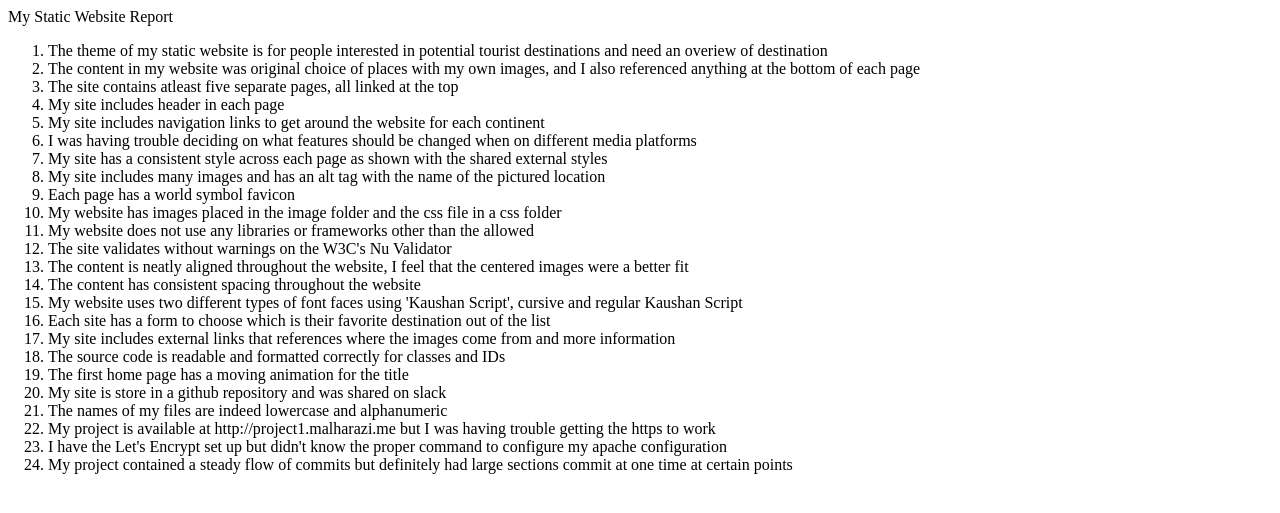
Repository: alharama/StaticWebsite
Page: report.html
An editor plug-in stored every save of this project. The page is shown before and after the next save, followed by the edit.
The browser window is 1280 px wide. The pictures show the whole page.

Above is the page before, as saved 2021-09-30 01:57:12.

### report.html
<!DOCTYPE html>
<html lang="en">

<head>


    <title> Website Report </title>
</head>

<body>

    <header> My Static Website Report</header>


    <ol>
        <li> The theme of my static website is for people interested in potential tourist destinations and need an overiew of destination</li>
        <li> The content in my website was original choice of places with my own images, and I also referenced anything at the bottom of each page</li>
        <li> The site contains atleast five separate pages, all linked at the top</li>
        <li> My site includes header in each page</li>
        <li> My site includes navigation links to get around the website for each continent</li>
        <li> I was having trouble deciding on what features should be changed when on different media platforms</li>
        <li> My site has a consistent style across each page as shown with the shared external styles</li>
        <li> My site includes many images and has an alt tag with the name of the pictured location</li>
        <li> Each page has a world symbol favicon</li>
        <li> My website has images placed in the image folder and the css file in a css folder</li>
        <li> My website does not use any libraries or frameworks other than the allowed</li>
        <li> The site validates without warnings on the W3C's Nu Validator</li>
        <li> The content is neatly aligned throughout the website, I feel that the centered images were a better fit</li>
        <li> The content has consistent spacing throughout the website</li>
        <li> My website uses two different types of font faces using 'Kaushan Script', cursive and regular Kaushan Script</li>
        <li> Each site has a form to choose which is their favorite destination out of the list</li>
        <li> My site includes external links that references where the images come from and more information</li>
        <li> The source code is readable and formatted correctly for classes and IDs</li>
        <li> The first home page has a moving animation for the title</li>
        <li> My site is store in a github repository and was shared on slack</li>
        <li> The names of my files are indeed lowercase and alphanumeric </li>
        <li> My project is available at http://project1.malharazi.me but I was having trouble getting the https to work </li>
        <li> I have the Let's Encrypt set up but didn't know the proper command to configure my apache configuration</li>
        <li> My project contained a steady flow of commits but definitely had large sections commit at one time at certain points</li>
    </ol>



</body>



</html>

After the next save:
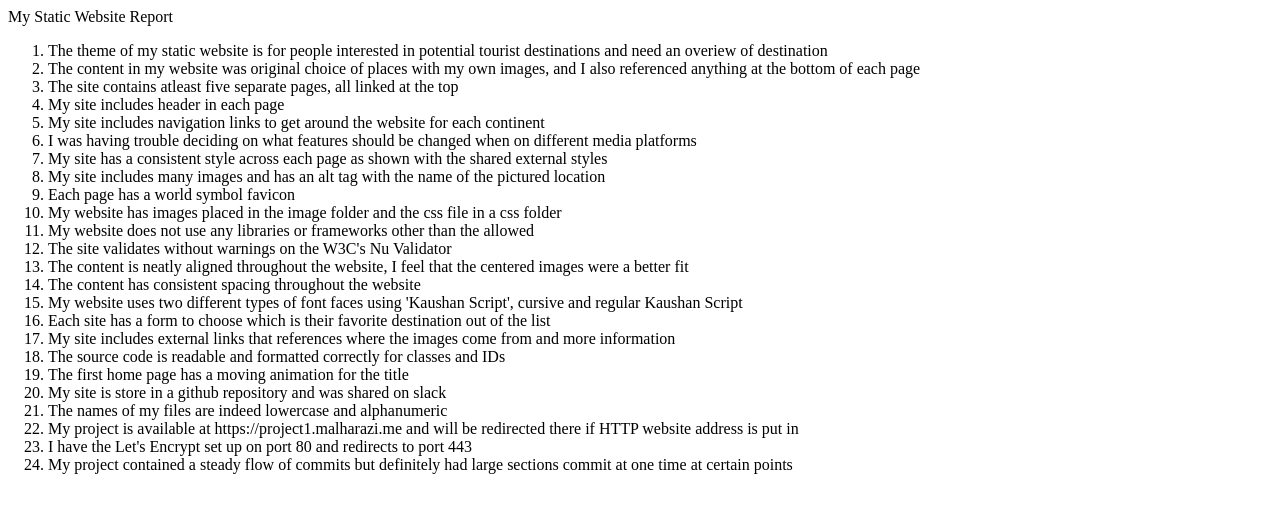
Saved 19 h 40 min later.
--- a/report.html
+++ b/report.html
@@ -34,8 +34,8 @@
         <li> The first home page has a moving animation for the title</li>
         <li> My site is store in a github repository and was shared on slack</li>
         <li> The names of my files are indeed lowercase and alphanumeric </li>
-        <li> My project is available at http://project1.malharazi.me but I was having trouble getting the https to work </li>
-        <li> I have the Let's Encrypt set up but didn't know the proper command to configure my apache configuration</li>
+        <li> My project is available at https://project1.malharazi.me and will be redirected there if HTTP website address is put in </li>
+        <li> I have the Let's Encrypt set up on port 80 and redirects to port 443</li>
         <li> My project contained a steady flow of commits but definitely had large sections commit at one time at certain points</li>
     </ol>
 
